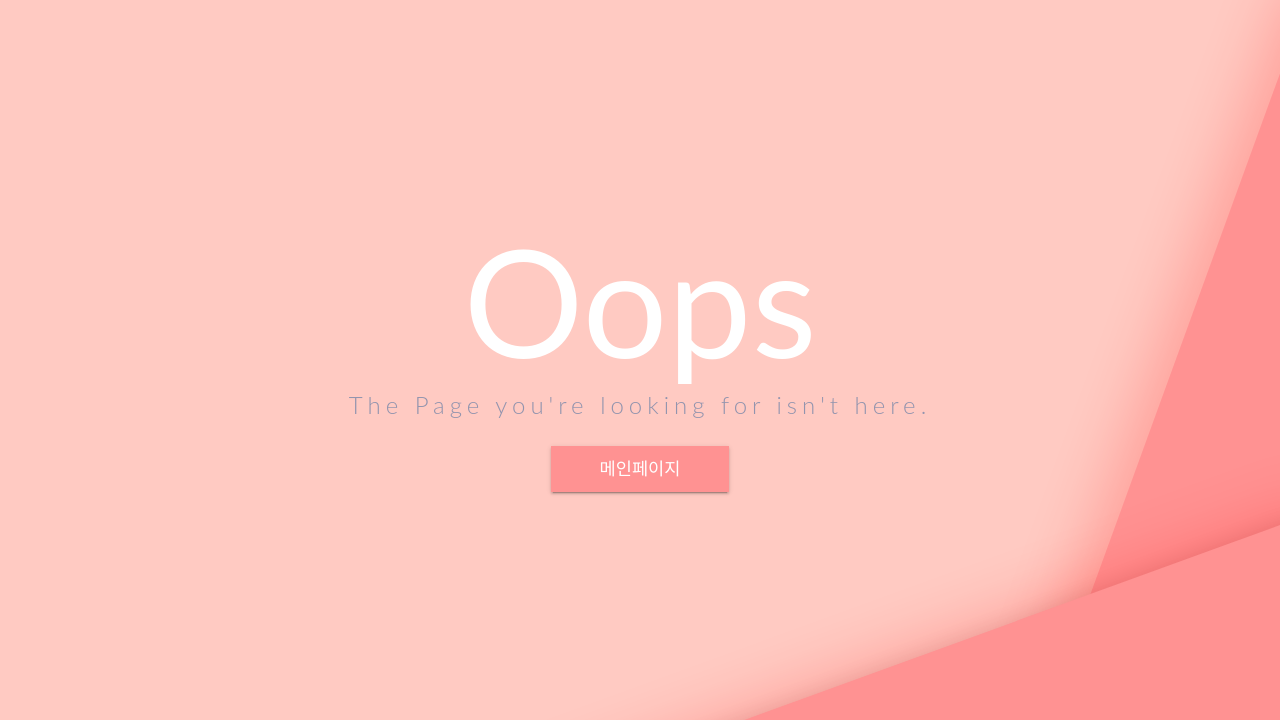
Repository: loone96/sendmylove
Page: sendMyLove1.0/src/main/webapp/fail.html
These files come from the project's save history. The page is drawn as it stood at one moment and after the next save; the edit follows.
The browser window is 1280 px wide. The pictures show the whole page.
The page's requests for data from a server got no answer.

Above is the page before, as saved 2020-06-23 05:00:24.
Console error (its wording comes from the project's code and is left out).

After the next save:
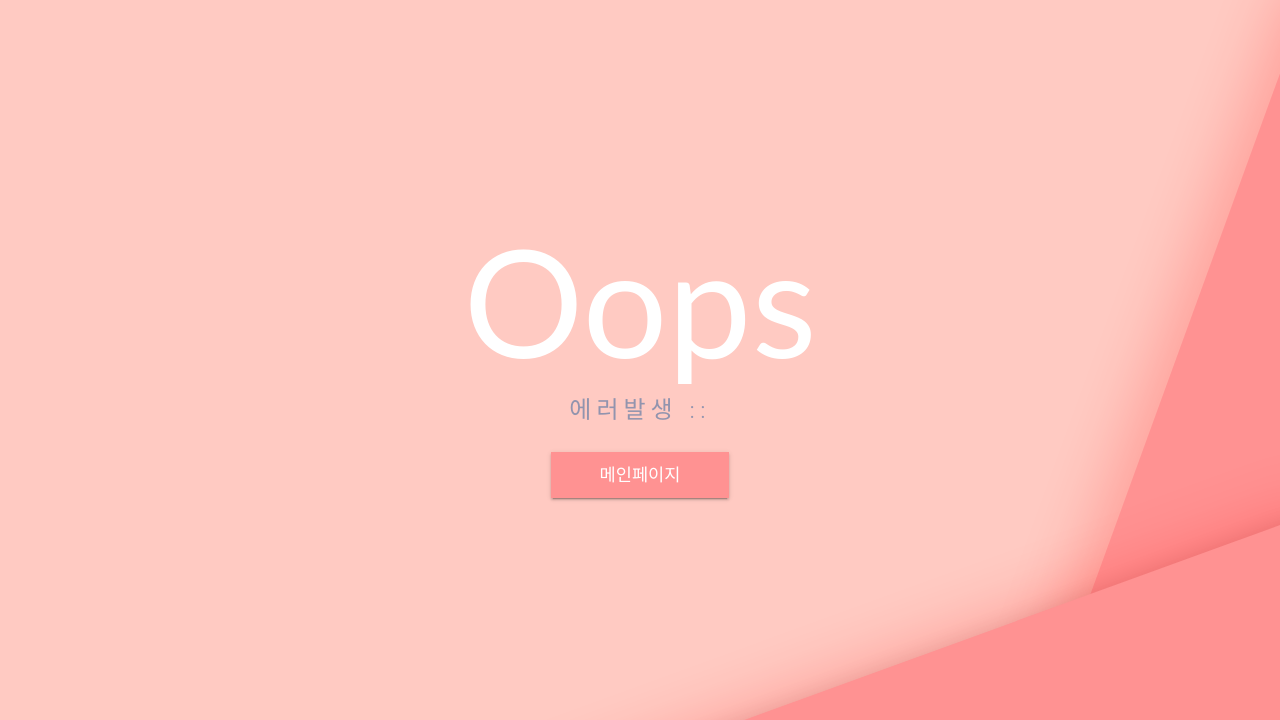
Saved 88 s later.
--- a/sendMyLove1.0/src/main/webapp/fail.html
+++ b/sendMyLove1.0/src/main/webapp/fail.html
@@ -229,7 +229,7 @@ to {
 		<div class="cont_error" id="error">
 
 			<h1>Oops</h1>
-			<p>The Page you're looking for isn't here.{{errorMsg}}</p>
+			<p>에러발생 :: {{errorMsg}}</p>
 			<br>
 			<br> <a href="index.html" class="button"> 메인페이지</a>
 		</div>
